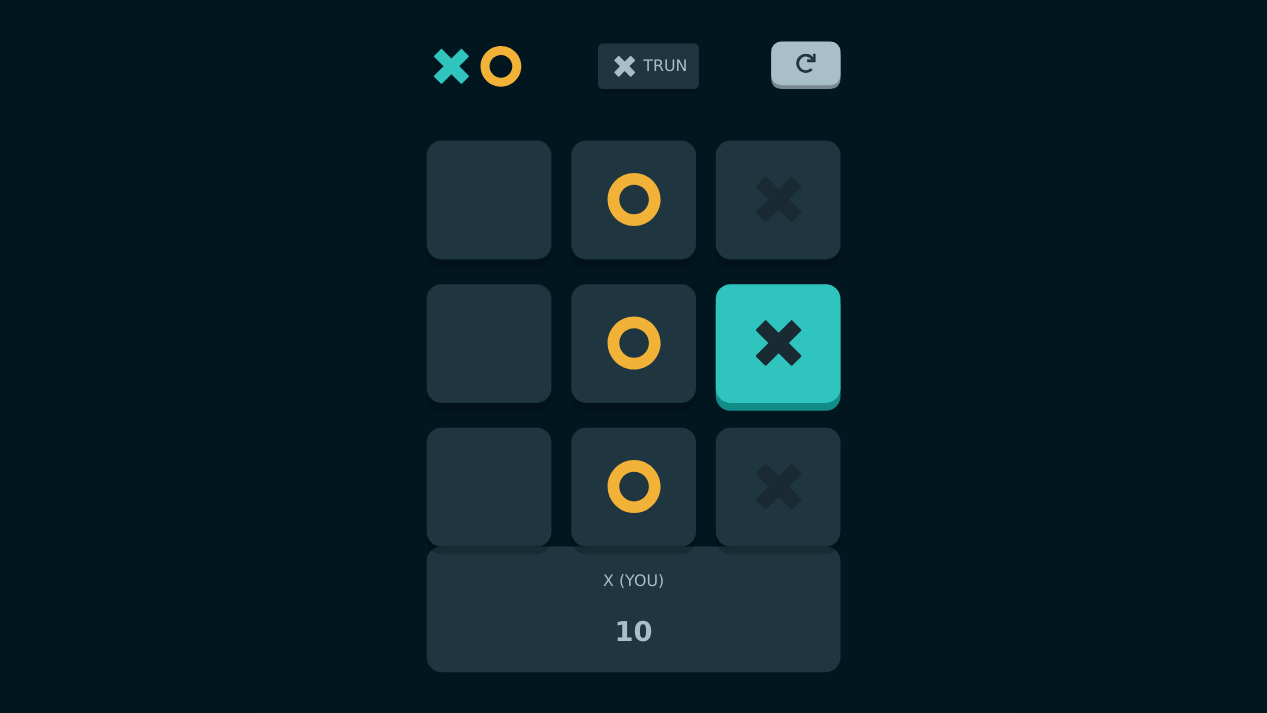
Repository: SD-Mdouka/XO_GAME
Page: /
The author's editor kept a copy of each file at every save. The page is drawn from the files as they stood at one save, then again after the next save.
The browser window is 1280 px wide. The pictures show the whole page, at 99% of full size.
The project was rebuilt for these pictures with package versions that can differ from the ones it lists, and the page was loaded fresh each time. Also part of the build but not shown: src/component/start/Start.js.

Above is the page before, as saved 2022-08-29 16:42:34.

After the next save:
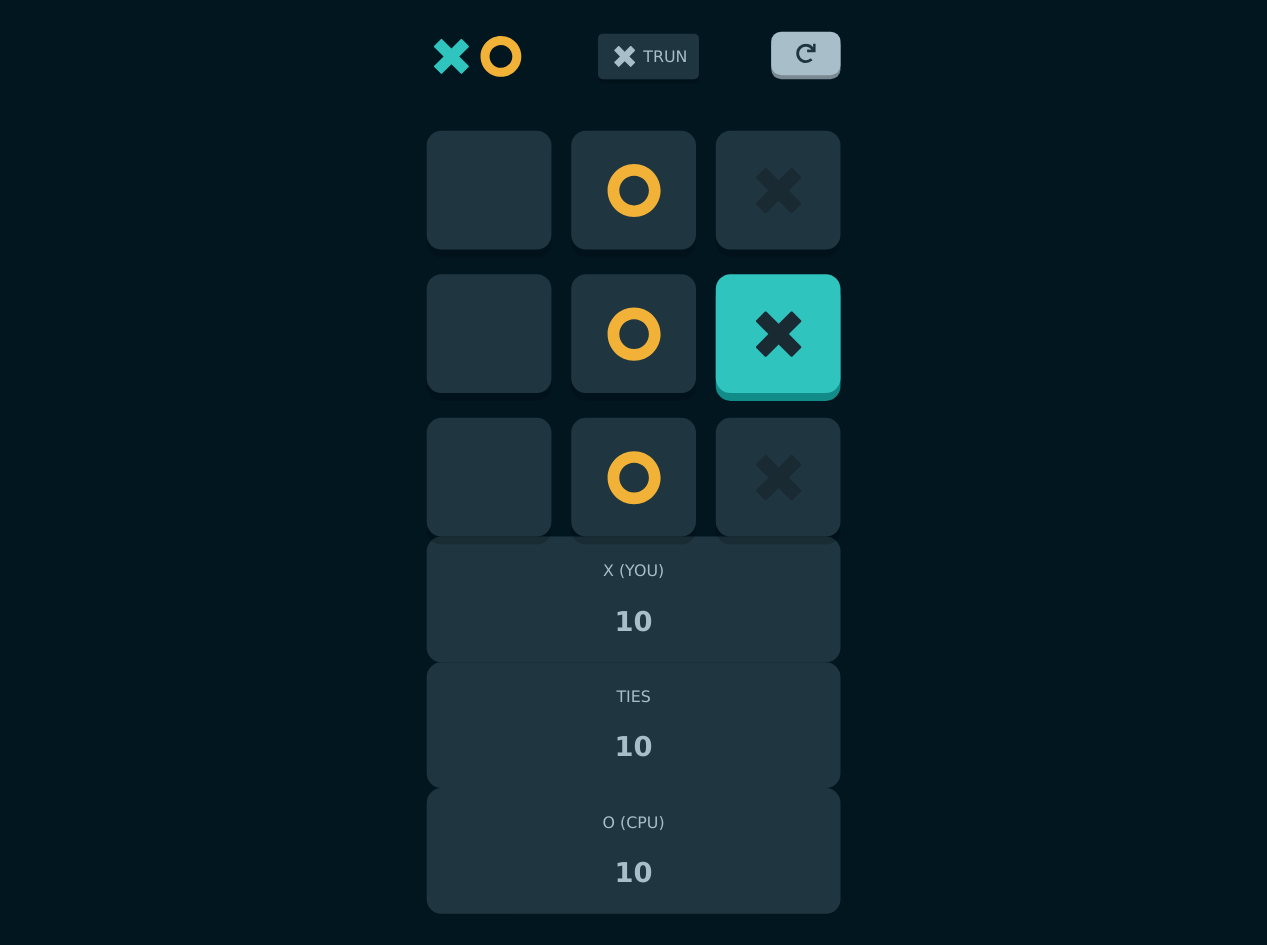
Saved 2 min 8 s later.
--- a/src/component/board/Board.js
+++ b/src/component/board/Board.js
@@ -32,6 +32,14 @@ const Board = () => {
           <p className="text-light">x (you)</p>
           <strong className="text-2xl">10</strong>
         </div>
+        <div className="card bg-light">
+          <p className="text-light">ties</p>
+          <strong className="text-2xl">10</strong>
+        </div>
+        <div className="card bg-yellow">
+          <p className="text-light">o (cpu)</p>
+          <strong className="text-2xl">10</strong>
+        </div>
       </div>
     </div>
   );
